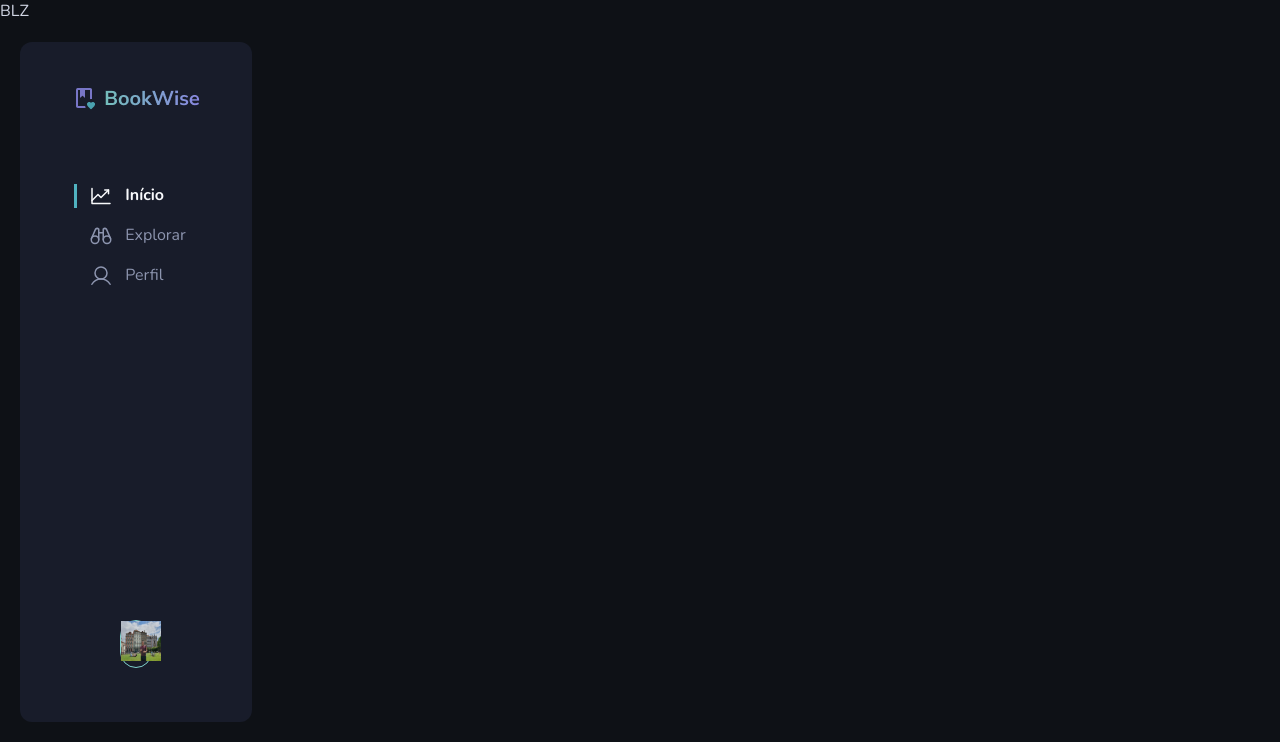
Repository: Giopol12/book-wise
Page: /index.page
The author's editor kept a copy of each file at every save. The page is drawn from the files as they stood at one save, then again after the next save.
The browser window is 1280 px wide. The pictures show the whole page.
The project was rebuilt for these pictures with package versions that can differ from the ones it lists, and the page was loaded fresh each time. The framework's server and built-in components were replaced by stand-ins that run in the browser. Also part of the build but not shown: next.config.js.

Above is the page before, as saved 2023-10-17 16:37:30.

### src/pages/_app.tsx
import { globalStyles } from '@/styles/global'
import type { AppProps } from 'next/app'

globalStyles()

export default function App({ Component, pageProps }: AppProps) {
  return (
    <>
      <div>BLZ</div>
      <Component {...pageProps} />
    </>
  )
}

### src/pages/_document.tsx
import { getCssText } from '@/styles'
import { Html, Head, Main, NextScript } from 'next/document'

export default function Document() {
  return (
    <Html lang="en">
      <Head>
        <link rel="preconnect" href="https://fonts.googleapis.com" />
        <link
          rel="preconnect"
          href="https://fonts.gstatic.com"
          crossOrigin="anonymous"
        />

        <link
          href="https://fonts.googleapis.com/css2?family=Nunito:wght@400;500;700&display=swap"
          rel="stylesheet"
        />
        <style
          id="stitches"
          dangerouslySetInnerHTML={{ __html: getCssText() }}
        />
      </Head>
      <body>
        <Main />
        <NextScript />
      </body>
    </Html>
  )
}

### src/pages/index.page.tsx
export { default } from './home/index'

### src/styles/global.ts
import { globalCss } from '.'

export const globalStyles = globalCss({
  '*': {
    margin: 0,
    padding: 0,
    boxSizing: 'border-box',
  },

  body: {
    '-webkit-font-smoothing': 'antialiased',
    backgroundColor: '$gray800',
    color: '$gray300',
  },

  'body, input, textarea, button': {
    fontFamily: 'Nunito',
    fontWeight: 400,
  },
})

### src/styles/index.ts
// stitches.config.ts

import { createStitches } from '@stitches/react'

export const {
  styled,
  getCssText,
  globalCss,
  config,
  createTheme,
  css,
  keyframes,
  prefix,
  reset,
  theme,
} = createStitches({
  theme: {
    fonts: {
      default: 'Nunito, sans-serif',
    },

    space: {
      px: '1px',
      1: '0.25rem',
      2: '0.5rem',
      3: '0.75rem',
      4: '1rem',
      5: '1.25rem',
      6: '1.5rem',
      7: '1.75rem',
      8: '2rem',
      10: '2.5rem',
    },

    fontSizes: {
      xs: '0.75rem',
      sm: '0.875rem',
      md: '1rem',
      lg: '1.125rem',
      xl: '1.25rem',
      '2xl': '1.5rem',
    },

    fontWeights: {
      regular: '400',
      medium: '500',
      bold: '700',
    },

    lineHeights: {
      shorter: '125%',
      short: '140%',
      base: '160%',
      tall: '180%',
    },

    colors: {
      white: '#FFFFFF',
      black: '#000000',
      green100: '#50B2C0',
      green200: '#255D6A',
      green300: '#0A313C',
      purple100: '#8381D9',
      purple200: '#2A2879',
      gray100: '#F8F9FC',
      gray200: '#E6E8F2',
      gray300: '#D1D6E4',
      gray400: '#8D95AF',
      gray500: '#303F73',
      gray600: '#252D4A',
      gray700: '#181C2A',
      gray800: '#0E1116',
      'gradient-vertical': `linear-gradient(180deg, #7FD1CC 0%, #9694F5 100%)`,
      'gradient-horizontal': `linear-gradient(90deg, #7FD1CC 0%, #9694F5 100%)`,
    },

    radii: {
      xs: '2.5px',
      sm: '5px',
      md: '10px',
      lg: '20px',
      full: '99999px',
    },
  },
})

### src/pages/home/index.tsx
import { Sidebar } from './components/Sidebar'
import { Container } from './styles'

export default function Home() {
  return (
    <Container>
      <Sidebar />
    </Container>
  )
}

### src/pages/home/components/Sidebar/index.tsx
import Image from 'next/image'
import {
  LoginButton,
  LogoContainer,
  NavContainer,
  NavItemContainer,
  SidebarContainer,
  TopContainer,
} from './styles'

import logo from '../../../../assets/Logo.png'
import avatar from '../../../../assets/avatar.jpeg'
import { Binoculars, ChartLineUp, SignIn, User } from 'phosphor-react'
import { Avatar } from '@/components/Avatar'

export function Sidebar() {
  return (
    <SidebarContainer>
      <TopContainer>
        <LogoContainer>
          <Image src={logo} alt="" width={128} height={32} />
        </LogoContainer>
        <NavContainer>
          <NavItemContainer selected={true}>
            <ChartLineUp size={24} />
            <span>Início</span>
          </NavItemContainer>
          <NavItemContainer>
            <Binoculars size={24} />
            <span>Explorar</span>
          </NavItemContainer>
          <NavItemContainer>
            <User size={24} />
            <span>Perfil</span>
          </NavItemContainer>
        </NavContainer>
      </TopContainer>
      <LoginButton>
        {/* <strong>Fazer login</strong> <SignIn size={20} /> */}
        <Avatar avatarUrl={avatar} />
      </LoginButton>
    </SidebarContainer>
  )
}

### src/pages/home/styles.ts
import { styled } from '@/styles'

export const Container = styled('div', {
  maxWidth: '1440px',
  margin: '0 auto',
  display: 'flex',
})

### src/pages/home/components/Sidebar/styles.ts
import { styled } from '@/styles'

export const SidebarContainer = styled('div', {
  height: 'calc(100vh - 40px)',
  margin: '$5',
  width: '14.5rem',
  background: '$gray700',
  borderRadius: '12px',
  display: 'flex',
  flexDirection: 'column',
  alignItems: 'center',
  justifyContent: 'space-between',
})
export const TopContainer = styled('div', {
  display: 'flex',
  flexDirection: 'column',
  alignItems: 'center',
})
export const LogoContainer = styled('header', {
  padding: '$10 3.25rem',
})
export const NavContainer = styled('nav', {
  marginTop: '$6',
  display: 'flex',
  flexDirection: 'column',
  gap: '$4',
})
export const NavItemContainer = styled('div', {
  variants: {
    selected: {
      true: {
        color: '$gray100',
        fontWeight: '$bold',
        borderLeftColor: '$green100',
      },
    },
  },
  defaultVariants: {
    selected: false,
  },
  color: '$gray400',
  lineHeight: 'base',
  display: 'flex',
  gap: '$3',
  padding: '0 $3',
  borderLeftWidth: '3px',
  borderLeftColor: 'transparent',
  borderLeftStyle: 'solid',
  '&:hover': {
    cursor: 'pointer',
    color: '$gray100',
    transition: 'color 0.1s',
  },
})
export const LoginButton = styled('footer', {
  display: 'flex',
  alignItems: 'center',
  marginBottom: '3.375rem',
  gap: '$3',
  color: '$gray200',
  svg: {
    color: '$green100',
  },

  '&:hover': {
    cursor: 'pointer',
    filter: 'brightness(1.1)',
  },
})

### src/components/Avatar/index.tsx
import Image from 'next/image'
import { AvatarContainer } from './styles'

interface AvatarProps {
  avatarUrl: string
}

export function Avatar({ avatarUrl }: AvatarProps) {
  return (
    <AvatarContainer>
      <Image src={avatarUrl} width={40} height={40} alt="" quality={100} />
    </AvatarContainer>
  )
}

### src/components/Avatar/styles.ts
import { styled } from '@/styles'

export const AvatarContainer = styled('div', {
  variants: {
    size: {
      sm: { width: 32 },
      md: {},
      lg: {},
    },
  },
  defaultVariants: {
    size: 'sm',
  },
  borderRadius: '$full',
  border: '1px solid #7FD1CC',
})

After the next save:
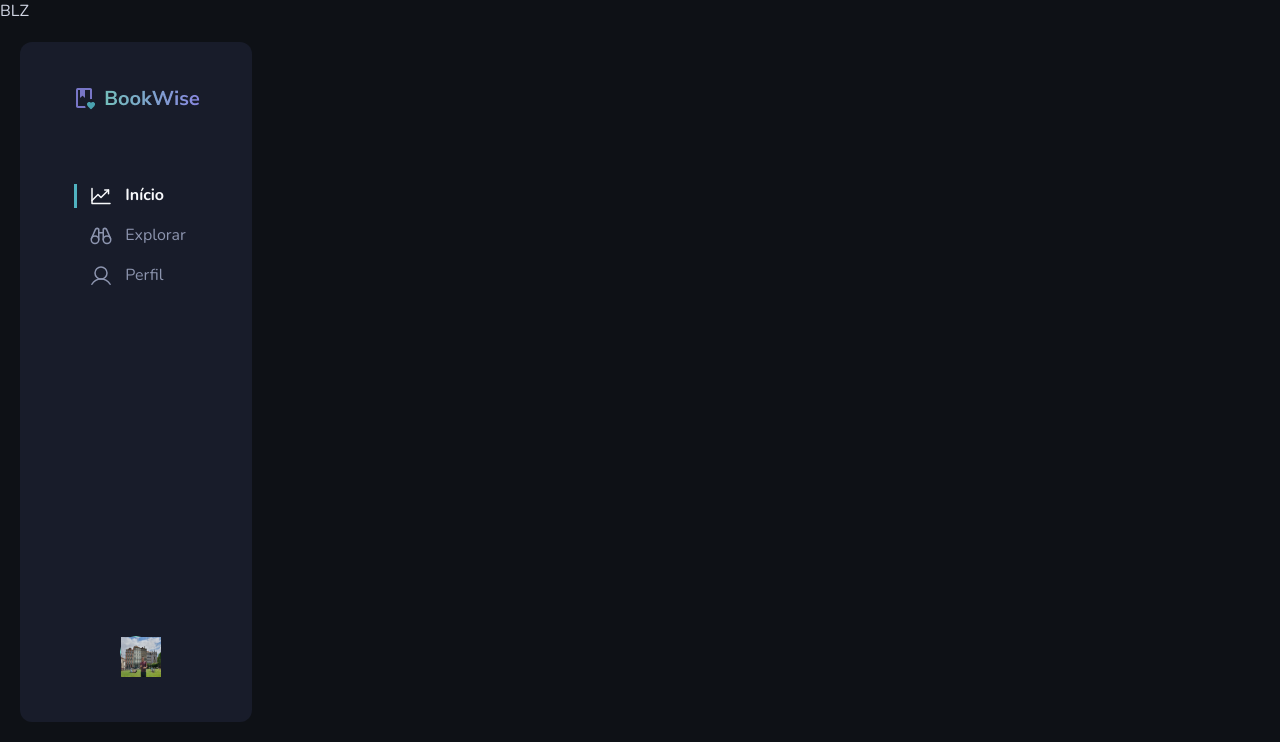
Saved 5 s later.
--- a/src/components/Avatar/styles.ts
+++ b/src/components/Avatar/styles.ts
@@ -3,7 +3,7 @@ import { styled } from '@/styles'
 export const AvatarContainer = styled('div', {
   variants: {
     size: {
-      sm: { width: 32 },
+      sm: { width: 32, height: 32 },
       md: {},
       lg: {},
     },
